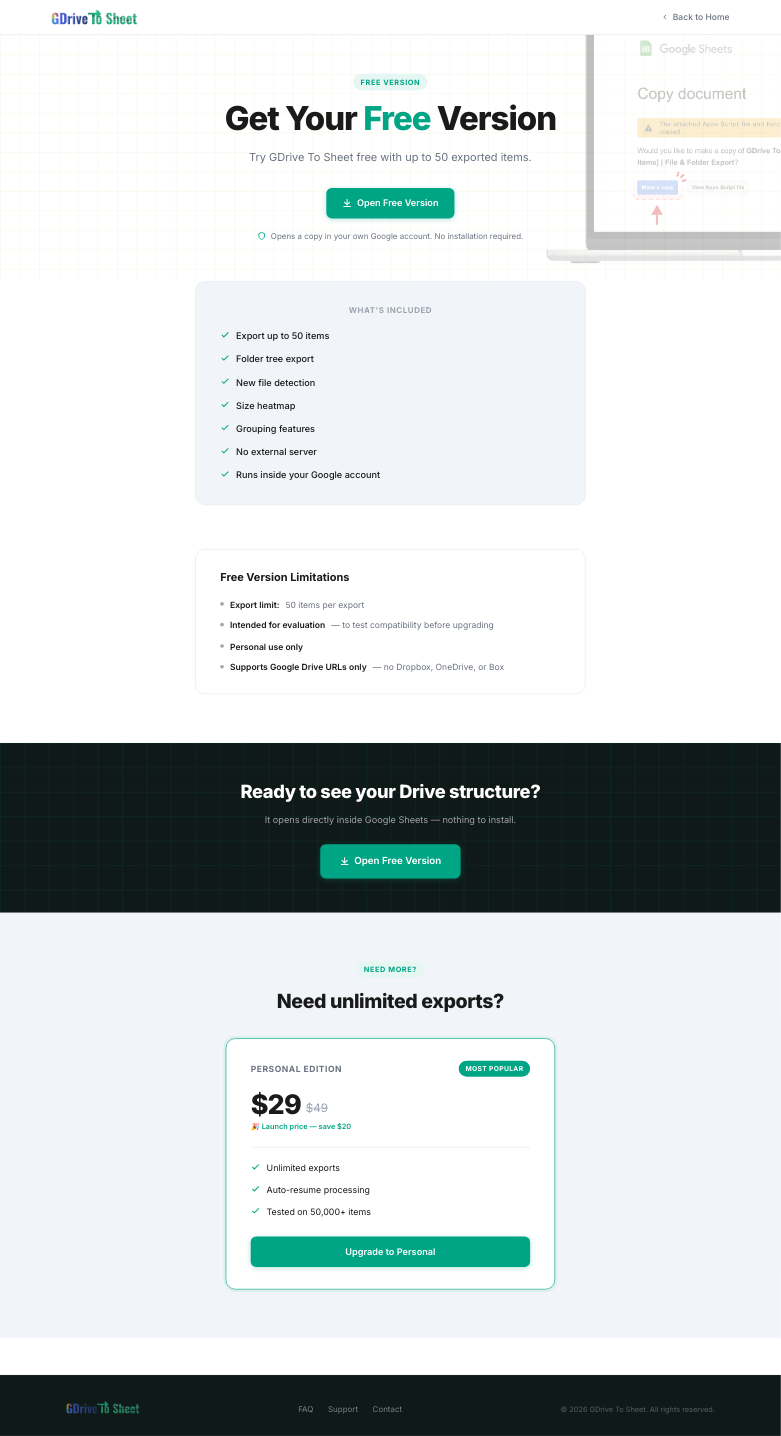
Repository: toishitool/gdrive-to-sheet
Page: free-download.html
An editor plug-in stored every save of this project. The page is shown before and after the next save, followed by the edit.
The browser window is 1280 px wide. The pictures show the whole page, at 61% of full size.

Above is the page before, as saved 2026-06-20 21:55:33.

### free-download.html
<!DOCTYPE html>
<html lang="en" class="scroll-smooth">
<head>
  <meta charset="UTF-8" />
  <meta name="viewport" content="width=device-width, initial-scale=1.0" />
  <title>Get Your Free Version – GDrive To Sheet</title>
  <meta name="description" content="Try GDrive To Sheet free with up to 50 exported items. Export Google Drive folder structures into Google Sheets instantly." />
  <link rel="canonical" href="https://toishitool.github.io/gdrive-to-sheet/free-download.html" />

  <link rel="preconnect" href="https://fonts.googleapis.com" />
  <link rel="preconnect" href="https://fonts.gstatic.com" crossorigin />
  <link href="https://fonts.googleapis.com/css2?family=Inter:wght@300;400;500;600;700;800&display=swap" rel="stylesheet" />
  <link rel="stylesheet" href="style.css" />
</head>
<body>

<nav aria-label="Main navigation">
  <div class="nav-inner">
    <a href="index.html" class="nav-logo">
      <img src="images/logo_gdrivetosheet.png" alt="GDrive To Sheet" />
    </a>
    <a href="index.html" class="nav-back">
      <svg width="14" height="14" fill="none" stroke="currentColor" stroke-width="2.5" viewBox="0 0 24 24"><polyline points="15 18 9 12 15 6"/></svg>
      Back to Home
    </a>
  </div>
</nav>

<section class="hero grid-bg" aria-label="Hero"style="padding: 64px 0 64px;">

  <img src="images/free-download-window.png" alt="Google Sheet Copy Document Interface" style="
    position: absolute;
    top: 35%;
    left: 100%;
    transform: translate(-50%, -50%);
    width: 60%;
    height: auto;
    opacity: 0.25;
    z-index: 0;
    pointer-events: none;
  ">

  <div class="container">
    <span class="eyebrow">Free Version</span>
    <h1>Get Your <em>Free</em> Version</h1>
    <p class="sub">Try GDrive To Sheet free with up to 50 exported items.</p>
    <div class="hero-btns">
      <a href="https://docs.google.com/spreadsheets/d/1XC61kJ0gTl77MmNbun20sqAu81Rwod_-uWnyr1DBxf4/copy" target="_blank" class="btn btn-primary" id="primary-cta">
        <svg width="16" height="16" fill="none" stroke="currentColor" stroke-width="2.5" viewBox="0 0 24 24"><path d="M12 2v13M5 9l7 7 7-7"/><path d="M3 20h18"/></svg>
        Open Free Version
      </a>
    </div>
    <p class="trust-note">
      <svg width="14" height="14" viewBox="0 0 24 24" fill="none" stroke="var(--primary)" stroke-width="2.5"><path d="M12 22s8-4 8-10V5l-8-3-8 3v7c0 6 8 10 8 10z"/></svg>
      Opens a copy in your own Google account. No installation required.
    </p>
  </div>
</section>

<section class="feature-section reveal">
  <div class="container">
    <div class="feature-card">
      <h2>What's Included</h2>
      <ul class="feature-list">
        <li><svg width="16" height="16" fill="none" stroke="currentColor" stroke-width="2.5" viewBox="0 0 24 24"><polyline points="20 6 9 17 4 12"/></svg> Export up to 50 items</li>
        <li><svg width="16" height="16" fill="none" stroke="currentColor" stroke-width="2.5" viewBox="0 0 24 24"><polyline points="20 6 9 17 4 12"/></svg> Folder tree export</li>
        <li><svg width="16" height="16" fill="none" stroke="currentColor" stroke-width="2.5" viewBox="0 0 24 24"><polyline points="20 6 9 17 4 12"/></svg> New file detection</li>
        <li><svg width="16" height="16" fill="none" stroke="currentColor" stroke-width="2.5" viewBox="0 0 24 24"><polyline points="20 6 9 17 4 12"/></svg> Size heatmap</li>
        <li><svg width="16" height="16" fill="none" stroke="currentColor" stroke-width="2.5" viewBox="0 0 24 24"><polyline points="20 6 9 17 4 12"/></svg> Grouping features</li>
        <li><svg width="16" height="16" fill="none" stroke="currentColor" stroke-width="2.5" viewBox="0 0 24 24"><polyline points="20 6 9 17 4 12"/></svg> No external server</li>
        <li style="grid-column: 1 / -1;"><svg width="16" height="16" fill="none" stroke="currentColor" stroke-width="2.5" viewBox="0 0 24 24"><polyline points="20 6 9 17 4 12"/></svg> Runs inside your Google account</li>
      </ul>
    </div>
  </div>
</section>

<section class="limits-section reveal">
  <div class="container">
    <div class="limits-card">
      <h2>Free Version Limitations</h2>
      <ul class="limits-list">
        <li><strong>Export limit:</strong> 50 items per export</li>
        <li><strong>Intended for evaluation</strong> — to test compatibility before upgrading</li>
        <li><strong>Personal use only</strong></li>
        <li><strong>Supports Google Drive URLs only</strong> — no Dropbox, OneDrive, or Box</li>
      </ul>
    </div>
  </div>
</section>

<section class="cta-band reveal">
  <div class="container cta-band-inner">
    <h2>Ready to see your Drive structure?</h2>
    <p>It opens directly inside Google Sheets — nothing to install.</p>
    <a href="https://docs.google.com/spreadsheets/d/1XC61kJ0gTl77MmNbun20sqAu81Rwod_-uWnyr1DBxf4/copy" class="btn btn-primary" target="_blank" style="font-size:16px;padding:15px 32px;">
      <svg width="16" height="16" fill="none" stroke="currentColor" stroke-width="2.5" viewBox="0 0 24 24"><path d="M12 2v13M5 9l7 7 7-7"/><path d="M3 20h18"/></svg>
      Open Free Version
    </a>
  </div>
</section>

<section class="upsell reveal" aria-labelledby="upsell-heading">
  <div class="container">
    <div class="upsell-inner">
      <span class="eyebrow">Need More?</span>
      <h2 id="upsell-heading">Need unlimited exports?</h2>

      <div class="upsell-card">
        <div class="upsell-card-header">
          <span class="upsell-name">Personal Edition</span>
          <span class="upsell-badge">Most Popular</span>
        </div>
        <div class="upsell-price">
          <span class="now">$29</span>
          <span class="was">$49</span>
        </div>
        <div class="upsell-launch">🎉 Launch price — save $20</div>
        <div class="upsell-divider"></div>
        <ul class="upsell-features">
          <li><svg width="16" height="16" fill="none" stroke="currentColor" stroke-width="2.5" viewBox="0 0 24 24"><polyline points="20 6 9 17 4 12"/></svg> Unlimited exports</li>
          <li><svg width="16" height="16" fill="none" stroke="currentColor" stroke-width="2.5" viewBox="0 0 24 24"><polyline points="20 6 9 17 4 12"/></svg> Auto-resume processing</li>
          <li><svg width="16" height="16" fill="none" stroke="currentColor" stroke-width="2.5" viewBox="0 0 24 24"><polyline points="20 6 9 17 4 12"/></svg> Tested on 50,000+ items</li>
        </ul>
        <a href="personal-edition.html" class="btn btn-primary upsell-btn">Upgrade to Personal</a>
      </div>
    </div>
  </div>
</section>

<footer role="contentinfo">
  <div class="container">
    <div class="footer-inner">
      <a href="index.html" class="footer-logo"><img src="images/logo_gdrivetosheet.png" alt="GDrive To Sheet" /></a>
      <div class="footer-links">
        <a href="faq.html">FAQ</a>
        <a href="#">Support</a>
        <a href="#">Contact</a>
      </div>
      <span class="footer-copy">© 2026 GDrive To Sheet. All rights reserved.</span>
    </div>
  </div>
</footer>

<script>
  const reveals = document.querySelectorAll('.reveal');
  const observer = new IntersectionObserver((entries) => {
    entries.forEach(entry => {
      if (entry.isIntersecting) {
        entry.target.classList.add('visible');
        observer.unobserve(entry.target);
      }
    });
  }, { threshold: 0.08 });
  reveals.forEach(el => observer.observe(el));
</script>

</body>
</html>

Loaded but not shown: style.css (3046 lines, source omitted)

After the next save:
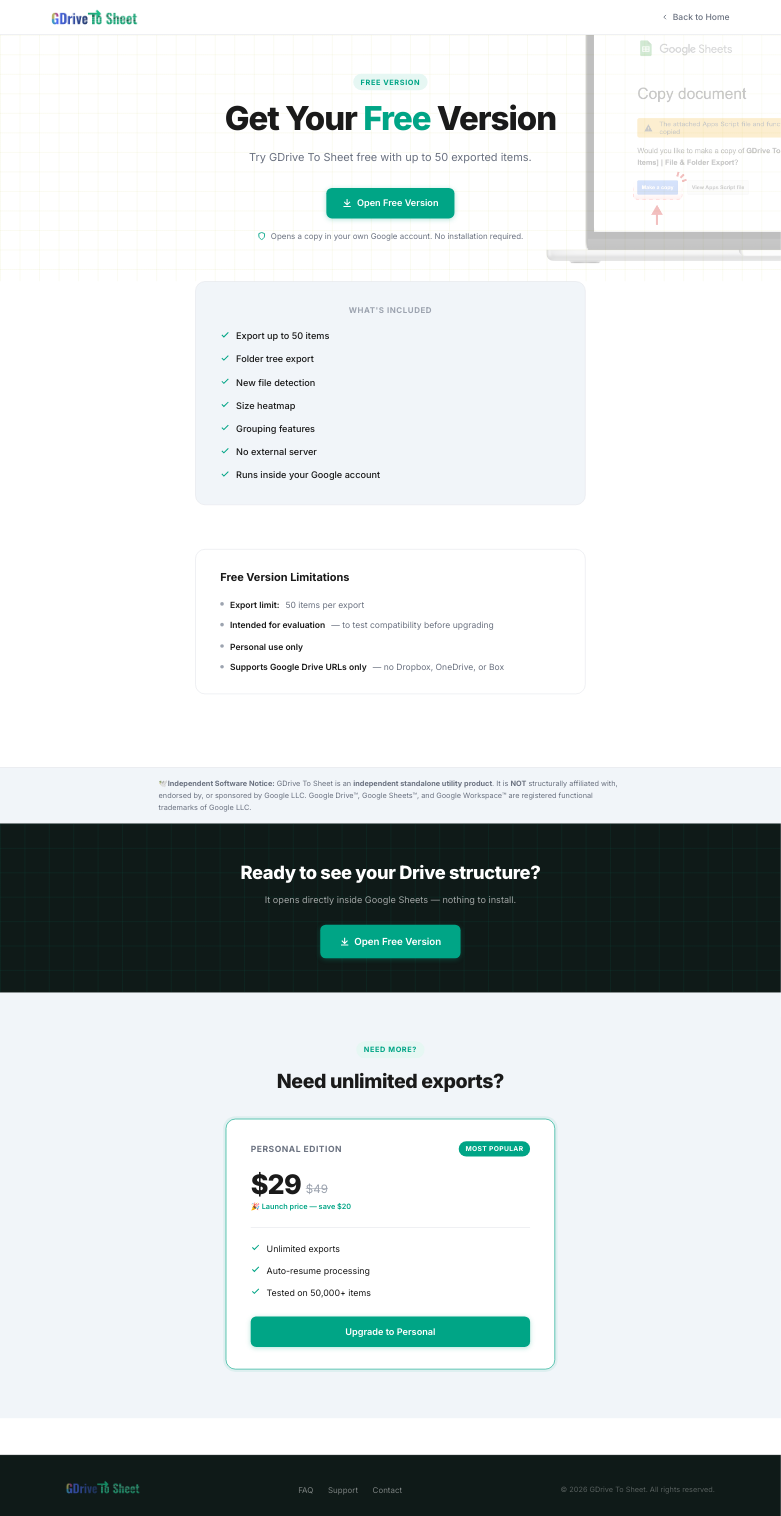
Saved 87 s later.
--- a/free-download.html
+++ b/free-download.html
@@ -87,7 +87,12 @@
     </div>
   </div>
 </section>
-
+  <div class="notice-block">
+    <p>🕊️<strong>Independent Software Notice:</strong> GDrive To Sheet is an <strong>independent standalone utility
+        product</strong>. It is <strong>NOT</strong> structurally affiliated with, endorsed by, or sponsored by Google
+      LLC. Google Drive™,
+      Google Sheets™, and Google Workspace™ are registered functional trademarks of Google LLC.</p>
+  </div>
 <section class="cta-band reveal">
   <div class="container cta-band-inner">
     <h2>Ready to see your Drive structure?</h2>
